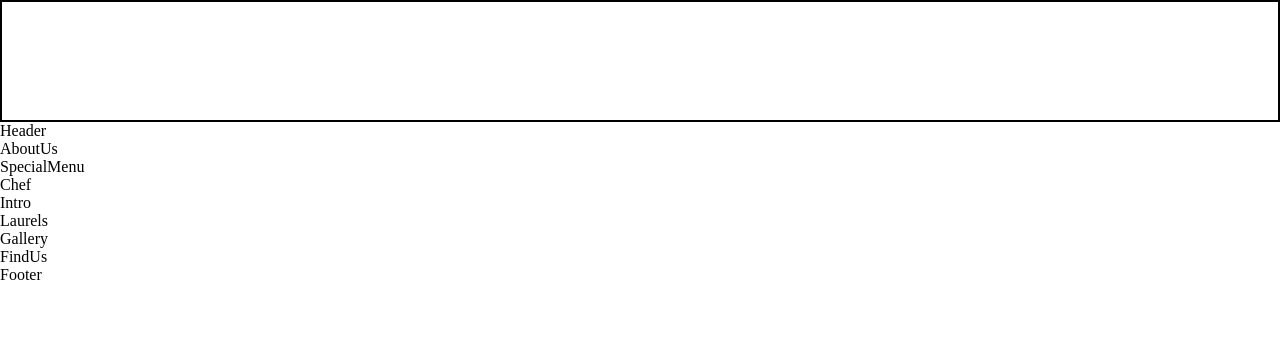
Repository: Isanderr/react-restaurant-page
Page: /
These files come from the project's save history. The page is drawn as it stood at one moment and after the next save; the edit follows.
The browser window is 1280 px wide. The pictures show the whole page.
Some web fonts or font styles are not loaded; a fallback is used. The project was rebuilt for these pictures with package versions that can differ from the ones it lists, and the page was loaded fresh each time. Also part of the build but not shown: src/components/SubHeading/SubHeading.jsx, src/components/Footer/Newsletter.jsx, src/components/Footer/FooterOverlay.jsx, src/components/Menuitem/MenuItem.jsx.

Above is the page before, as saved 2022-05-21 13:54:43.

### public/index.html
<!DOCTYPE html>
<html lang="en">
  <head>
    <meta charset="utf-8" />
    <link rel="icon" href="%PUBLIC_URL%/favicon.ico" />
    <meta name="viewport" content="width=device-width, initial-scale=1" />
    <meta name="theme-color" content="#000000" />
    <meta
      name="description"
      content="Web site created using create-react-app"
    />
    <link rel="apple-touch-icon" href="%PUBLIC_URL%/logo192.png" />
    <link rel="manifest" href="%PUBLIC_URL%/manifest.json" />
    <title>Restaurant Page</title>
  </head>
  <body>
    <noscript>You need to enable JavaScript to run this app.</noscript>
    <div id="root"></div>
  </body>
</html>

### src/index.js
import React from 'react';
import { createRoot } from 'react-dom/client';

import './index.css';
import App from './App';

const container = document.getElementById('root');
const root = createRoot(container);
root.render(<React.StrictMode>
  <App />
</React.StrictMode>);

### src/components/Navbar/Navbar.jsx
import React from 'react';
import {GiHamburgerMenu} from 'react-icons/gi';
import {MdOutlineRestaurantMenu} from 'react-icons/md';
import images from '../../constants/images';


import './Navbar.css';

const Navbar = () => (
  <nav className="app__navbar">
    <div className="app__navbar-logo">
      <img src={ images.gericht} alt="logo"/>
    </div>
    <ul className="app__navbar-links">
      <li className="p__opensans"><a href="#home">Home</a></li>
    </ul>
  </nav>
);

export default Navbar;

### src/constants/images.js
import bg from '../assets/bg.png';
import chef from '../assets/chef.png';
import G from '../assets/G.png';
import gallery01 from '../assets/gallery01.png';
import gallery02 from '../assets/gallery02.png';
import gallery03 from '../assets/gallery03.png';
import gallery04 from '../assets/gallery04.png';
import knife from '../assets/knife.png';
import logo from '../assets/logo.png';
import menu from '../assets/menu.png';
import overlaybg from '../assets/overlaybg.png';
import spoon from '../assets/spoon.svg';
import welcome from '../assets/welcome.png';
import findus from '../assets/findus.png';
import laurels from '../assets/laurels.png';
import award01 from '../assets/award01.png';
import award02 from '../assets/award02.png';
import award03 from '../assets/award03.png';
import award05 from '../assets/award05.png';
import sign from '../assets/sign.png';
import quote from '../assets/quote.png';
import gericht from '../assets/gericht.png';

export default {
  bg,
  chef,
  G,
  gallery01,
  gallery02,
  gallery03,
  gallery04,
  knife,
  logo,
  menu,
  overlaybg,
  spoon,
  welcome,
  findus,
  laurels,
  award01,
  award02,
  award03,
  award05,
  sign,
  quote,
  gericht,
};

### src/components/Navbar/Navbar.css
.app__navbar {
    width: 100%;
    display: flex;
    border: 2px solid black;
}

Loaded but not shown: src/index.css (common file); src/App.js (common file); src/container/index.js (common file); src/components/index.js (common file); src/App.css (common file); src/container/AboutUs/AboutUs.jsx (common file); src/container/Chef/Chef.jsx (common file); src/container/Findus/FindUs.jsx (common file); src/container/Footer/Footer.jsx (common file); src/container/Gallery/Gallery.jsx (common file); src/container/Header/Header.jsx (common file); src/container/Intro/Intro.jsx (common file); src/container/Laurels/Laurels.jsx (common file); src/container/Menu/SpecialMenu.jsx (common file); src/components/Footer/FooterOverlay.css (no stored copy; drawn as an empty file); src/components/Footer/Newsletter.css (no stored copy; drawn as an empty file); src/components/Menuitem/MenuItem.css (no stored copy; drawn as an empty file); src/container/AboutUs/AboutUs.css (no stored copy; drawn as an empty file); src/container/Chef/Chef.css (no stored copy; drawn as an empty file); src/container/Footer/Footer.css (no stored copy; drawn as an empty file); src/container/Gallery/Gallery.css (no stored copy; drawn as an empty file); src/container/Header/Header.css (no stored copy; drawn as an empty file); src/container/Intro/Intro.css (no stored copy; drawn as an empty file); src/container/Laurels/Laurels.css (no stored copy; drawn as an empty file); src/container/Menu/SpecialMenu.css (no stored copy; drawn as an empty file)

After the next save:
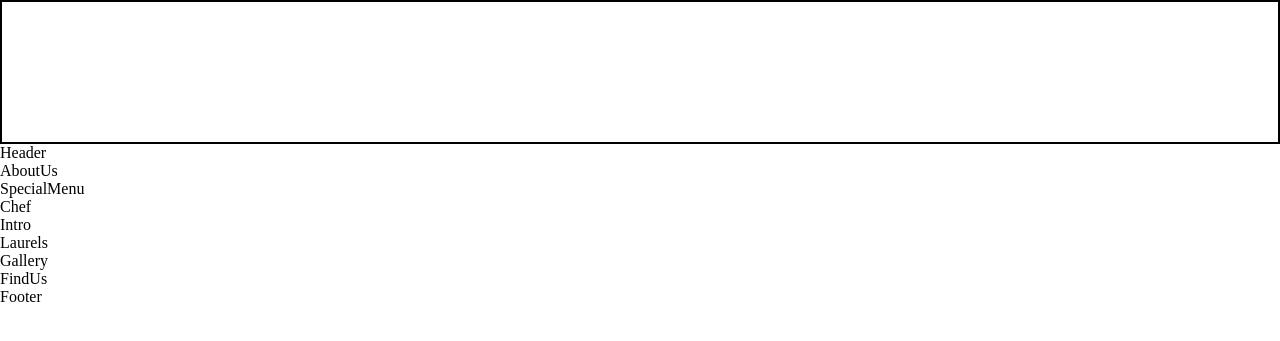
Saved 50 s later.
--- a/src/components/Navbar/Navbar.jsx
+++ b/src/components/Navbar/Navbar.jsx
@@ -13,6 +13,10 @@ const Navbar = () => (
     </div>
     <ul className="app__navbar-links">
       <li className="p__opensans"><a href="#home">Home</a></li>
+      <li className="p__opensans"><a href="#home">Home</a></li>
+      <li className="p__opensans"><a href="#home">Home</a></li>
+      <li className="p__opensans"><a href="#home">Home</a></li>
+      <li className="p__opensans"><a href="#home">Home</a></li>
     </ul>
   </nav>
 );
